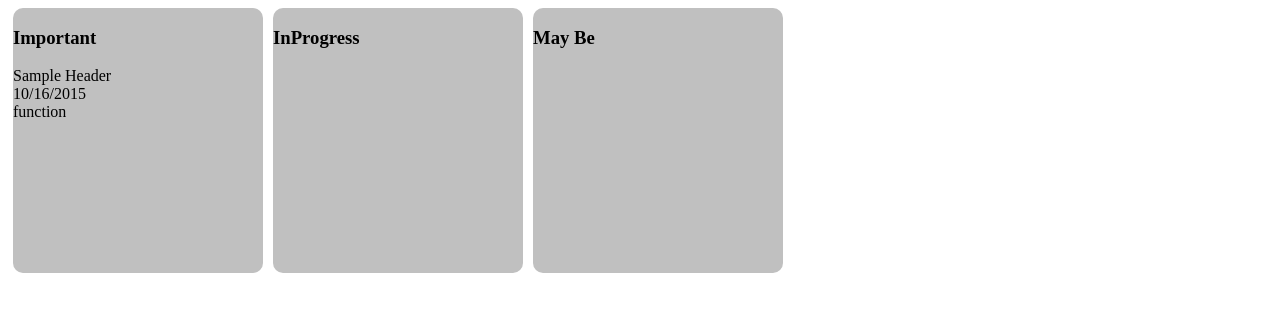
Repository: TharanyaM/Adaptavant--project
Page: Jdo/war/todo.html
The author's editor kept a copy of each file at every save. The page is drawn from the files as they stood at one save, then again after the next save.
The browser window is 1280 px wide. The pictures show the whole page.

Above is the page before, as saved 2015-10-16 12:06:19.

After the next save:
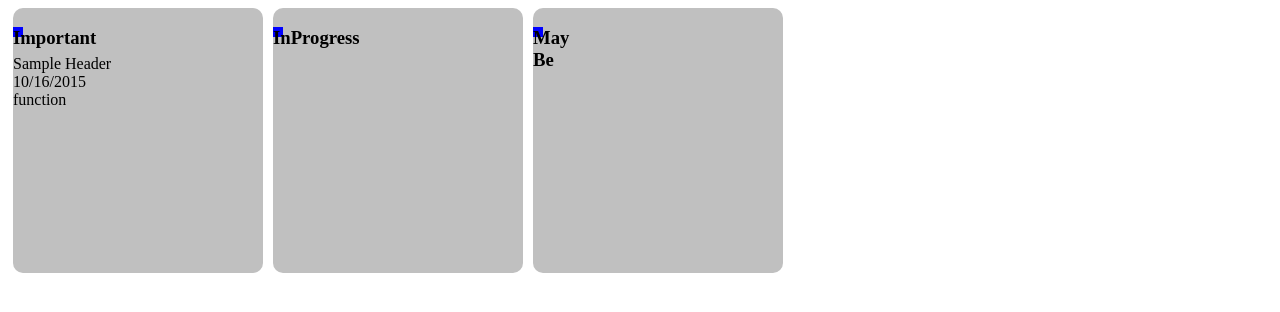
Saved 113 s later.
--- a/Jdo/war/style.css
+++ b/Jdo/war/style.css
@@ -8,3 +8,10 @@
   border-radius: 10px;
   padding-bottom: 15px;
 }
+#head
+{
+	height:10px;
+	width:10px;
+	background-color:blue;
+	border-radious:10px;
+}
